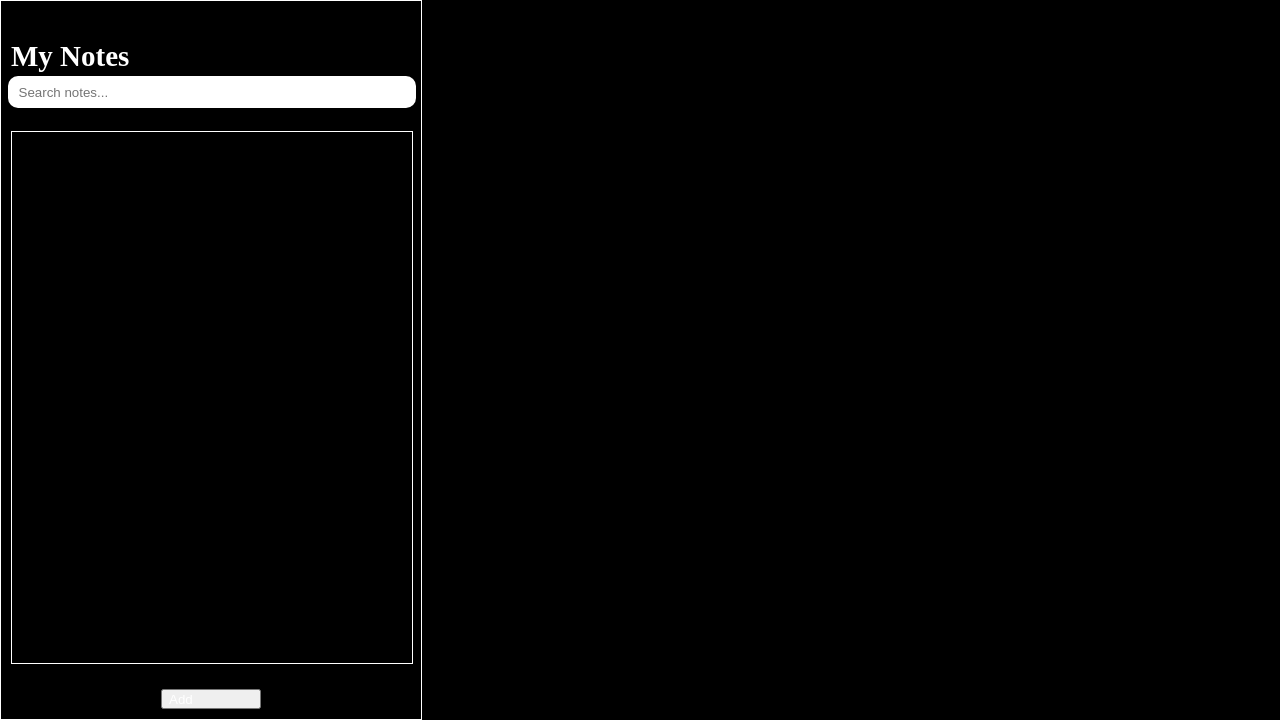
Repository: dmpelaez/myNotes
Page: QuickNotes.html
The author's editor kept a copy of each file at every save. The page is drawn from the files as they stood at one save, then again after the next save.
The browser window is 1280 px wide. The pictures show the whole page.

Above is the page before, as saved 2025-12-18 20:53:03.

After the next save:
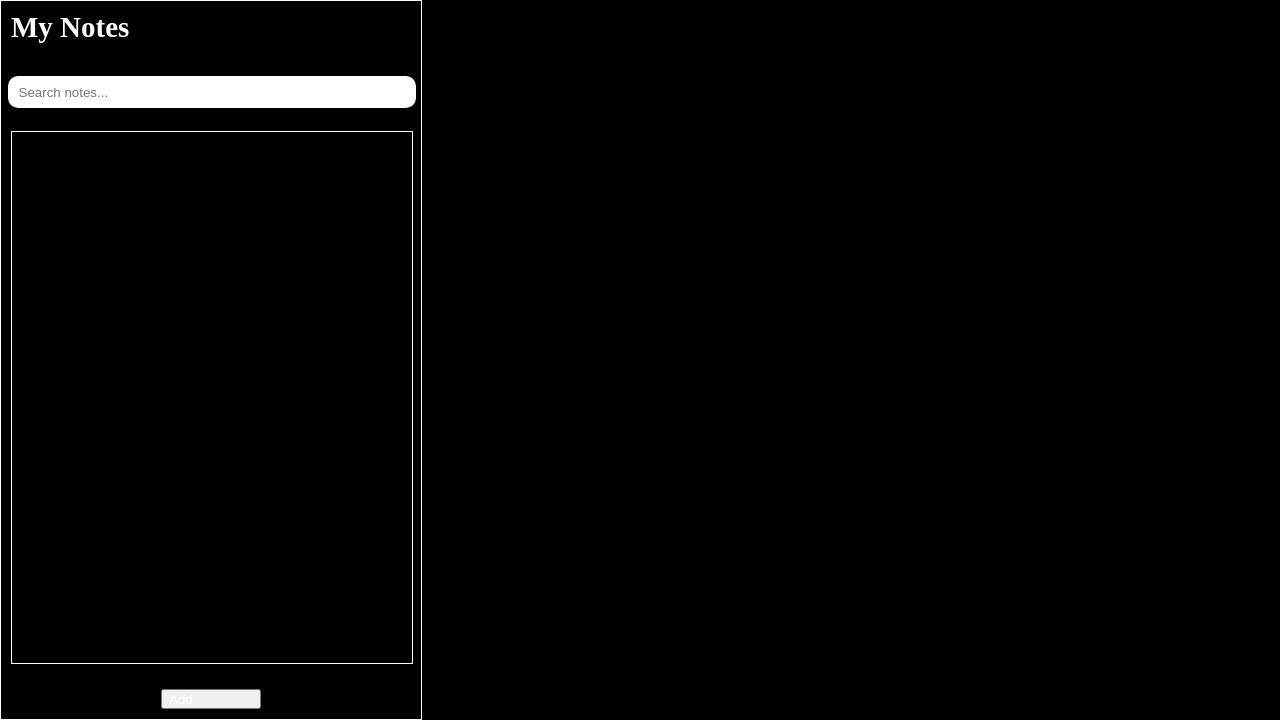
Saved 22 s later.
--- a/QuickNotes.css
+++ b/QuickNotes.css
@@ -22,7 +22,7 @@ body {
 
 .my-notes-text {
   display: flex;
-  margin-bottom: 0px;
+  margin: 0px;
 }
 .note-list {
   border: 1px solid white;
